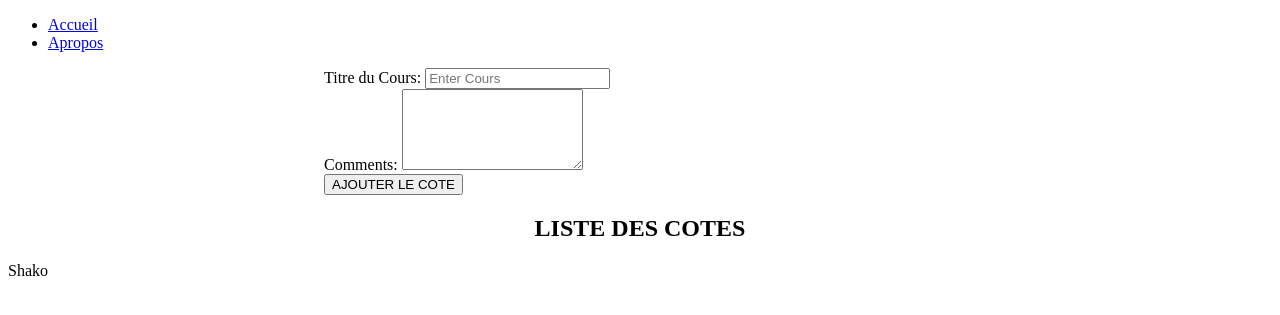
Repository: SKB-TECH/MinProject
Page: http://localhost/
An editor plug-in stored every save of this project. The page is shown before and after the next save, followed by the edit.
The browser window is 1280 px wide. The pictures show the whole page.
The page is served by the project's Node server (app.js).

Above is the page before, as saved 2022-09-30 13:55:37.

### IHM/index.ejs
<!DOCTYPE html>
<html lang="en">
  <head>
    <meta charset="UTF-8" />
    <meta http-equiv="X-UA-Compatible" content="IE=edge" />
    <meta name="viewport" content="width=device-width, initial-scale=1.0" />
    <link
      rel="stylesheet"
      href="../node_modules/bootstrap/dist/css/bootstrap.min.css"
    />
    <title>NoteApp</title>
  </head>
  <body>
    <header>
      <nav class="navbar navbar-expand-sm bg-primary navbar-success">
        <div class="container-fluid">
          <ul class="navbar-nav">
            <li class="nav-item">
                <a class="nav-link active" href="/">Accueil</a>
              </li>
              <li class="nav-item">
                <a class="nav-link" href="/apropos">Apropos</a>
              </li>
          </ul>
        </div>
      </nav>
    </header>
    <section>
      <div style="width: 50%; margin: auto;">
        <form action="/action_page.php">
          <div class="mb-3 mt-3">
            <label for="email" class="form-label">Titre du Cours:</label>
            <input
              type="email"
              class="form-control"
              id="email"
              placeholder="Enter Cours"
              name="email"
            />
          </div>
          <div class="mb-3">
            <label for="comment">Comments:</label>
            <textarea
              class="form-control"
              rows="5"
              id="comment"
              name="text"
            ></textarea>
          </div>
          <button type="submit" class="btn btn-primary width:100%">
            AJOUTER LE COTE
          </button>
        </form>
      </div>
    </section>
    <section>
        <h1 style="text-align:center;">LISTE DES COTES</h1>
        <% const nom='Shako'%>
    </section>
    <%= nom%>
  </body>
</html>

### app.js
const express = require('express')
const { statut } = require('express/lib/response')
const app = express()

app.use(express.static('./node_modules/bootstrap/dist/css/bootstrap.min.css'))

//Definition du moteur de visualisation (vieuw engine)
app.set('view engine', 'ejs')
app.set('views', 'IHM')

//Defintion des routes
app.get('/', (requete, reponse) => {
    const dates = Date().toString()
    reponse.status(200).render('index', { dates })
})

app.get('/apropos', (requete, reponse) => {
    reponse.status(200).render('apropos')
})

app.use((requete, reponse) => {
    reponse.status(200).render('pageIntrouvable')
})

app.listen(3002, () => {
    console.log('Server lance au port 3002')
})

### IHM/pageIntrouvable.ejs
<!DOCTYPE html>
<html lang="en">
<head>
    <meta charset="UTF-8">
    <meta http-equiv="X-UA-Compatible" content="IE=edge">
    <meta name="viewport" content="width=device-width, initial-scale=1.0">
    <link
    rel="stylesheet"
    href="../node_modules/bootstrap/dist/css/bootstrap.min.css"
  />
    <title>PageNotFound</title>
</head>
<body>

    <header>
        <nav class="navbar navbar-expand-sm bg-primary navbar-success">
          <div class="container-fluid">
            <ul class="navbar-nav">
                <li class="nav-item">
                    <a class="nav-link active" href="/">Accueil</a>
                  </li>
                  <li class="nav-item">
                    <a class="nav-link" href="/apropos">Apropos</a>
                  </li>
            </ul>
          </div>
        </nav>
      </header>
   <section>
        <div style="width: 50%; margin:auto; margin-top:20px;">
            <h1>Error 404: Page Not Found</h1>
        <p>
            Vous aviez saisi un mauvais URL
        </p>
        </div>
   </section>
</body>
</html>

After the next save:
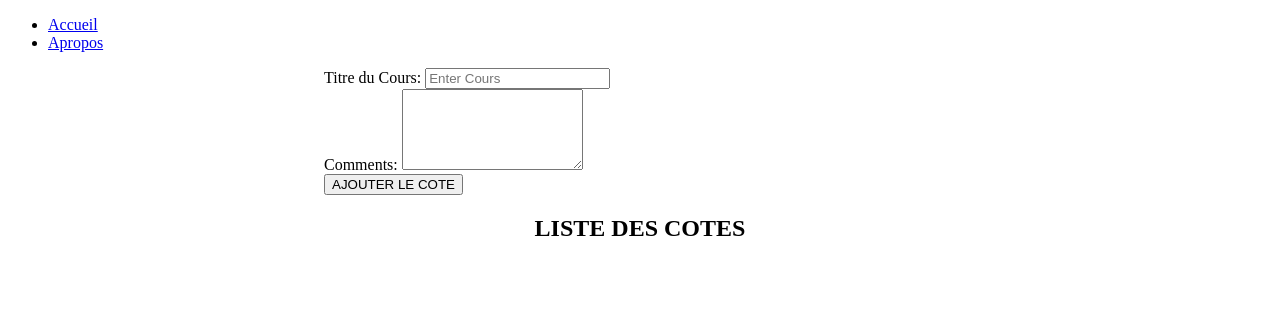
Saved 7 s later.
--- a/IHM/index.ejs
+++ b/IHM/index.ejs
@@ -57,6 +57,5 @@
         <h1 style="text-align:center;">LISTE DES COTES</h1>
         <% const nom='Shako'%>
     </section>
-    <%= nom%>
   </body>
 </html>
